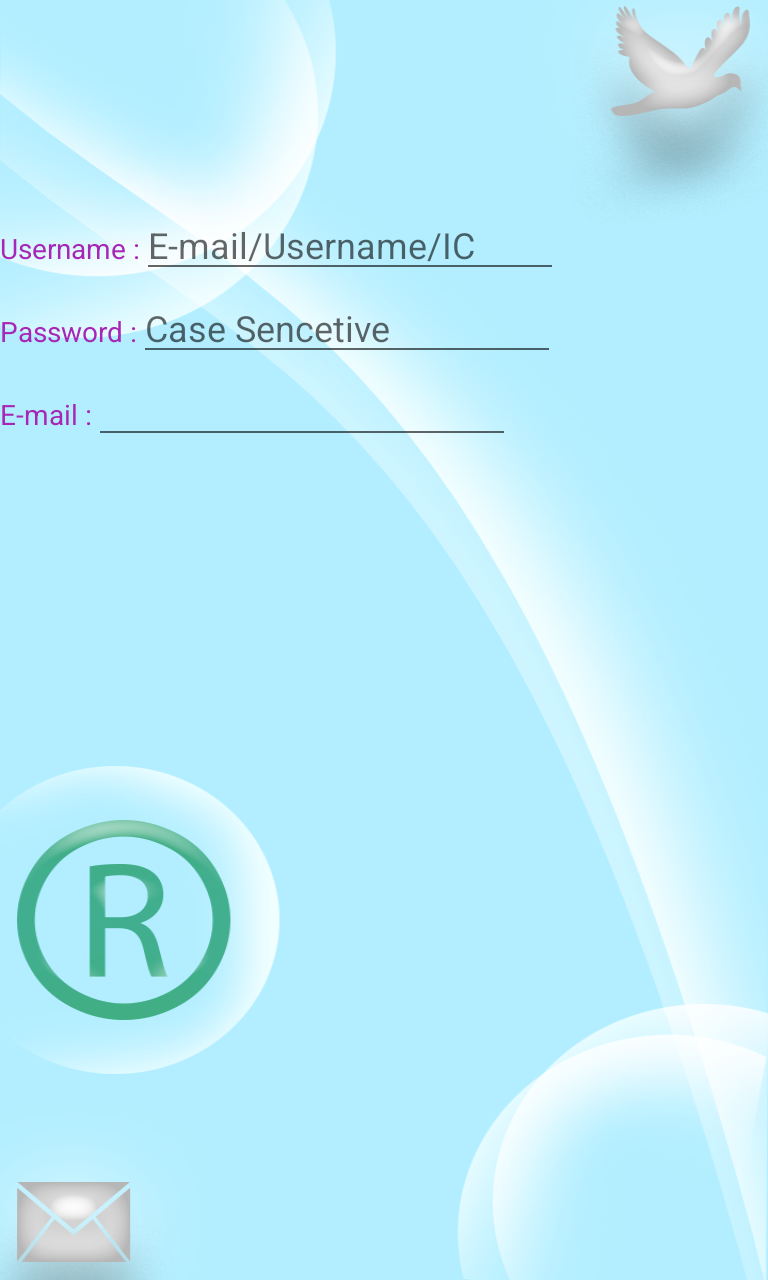
Repository: JodyCoolit/android
Layout: Delivery/res/layout/activity_signup.xml
These files come from the project's save history. The layout is drawn as it stood at one moment and after a run of saves; the edit follows.
It is drawn on a 768 x 1280 px phone screen (xhdpi) without system bars, with theme AppTheme; the app's code is not run.

Above is the layout before, as saved 2014-08-22 02:09:08.

### Delivery/res/layout/activity_signup.xml
<?xml version="1.0" encoding="utf-8"?>
<LinearLayout xmlns:android="http://schemas.android.com/apk/res/android"
    android:layout_width="match_parent"
    android:layout_height="match_parent"
    android:orientation="vertical"
    android:background="@drawable/bg_signup" >
	<LinearLayout
	    android:layout_width="match_parent"
   		android:layout_height="wrap_content"
	    android:orientation="horizontal"
	    android:layout_marginTop="100sp"
	    >
	    <TextView
        android:id="@+id/tv_signup_username"
        android:layout_width="wrap_content"
        android:layout_height="wrap_content"
        android:text="@string/tv_signup_username"
        android:textColor="#A726B5" />
	    <EditText
        android:id="@+id/et_signup_username"
        android:layout_width="wrap_content"
        android:layout_height="wrap_content"
        android:ems="10"
        android:hint="@string/hint_signup_username"
        android:textColor="#26B58F">
    </EditText>
	</LinearLayout>

	<LinearLayout
	    android:layout_width="match_parent"
   		android:layout_height="wrap_content"
	    android:orientation="horizontal"
	    >
		 <TextView
		    android:id="@+id/tv_signup_password"
		    android:layout_width="wrap_content"
		    android:layout_height="wrap_content"
		    android:text="@string/tv_signup_password"
		    android:textColor="#A726B5" />

		<EditText
		    android:id="@+id/et_signup_password"
		    android:layout_width="wrap_content"
		    android:layout_height="wrap_content"
		    android:ems="10"
		    android:inputType="textPassword"
		    android:hint="@string/hint_signup_password"
		    android:textColor="#26B58F" />
	</LinearLayout>
	<LinearLayout
	    android:layout_width="match_parent"
   		android:layout_height="wrap_content"
	    android:orientation="horizontal"
	    >
		 <TextView
		    android:id="@+id/tv_signup_phone"
		    android:layout_width="wrap_content"
		    android:layout_height="wrap_content"
		    android:text="@string/tv_signup_email"
		    android:textColor="#A726B5" />

		<EditText
		    android:id="@+id/et_signup_phone"
		    android:layout_width="wrap_content"
		    android:layout_height="wrap_content"
		    android:ems="10"
		    android:inputType="phone"
		    android:textColor="#26B58F" />
	</LinearLayout>
</LinearLayout>

### Delivery/res/values/strings.xml
<?xml version="1.0" encoding="utf-8"?>
<resources>
    <string name="app_name">Delivery</string>
    <string name="signup">Sign Up</string>

    <!-- LoginActivity -->
    <string name="welcome">Welcome!</string>
	<string name="btn_signin">Sign in</string>
	<string name="btn_signup">Sign up</string>
	<string name="hint_username">Enter your username here</string>
	<string name="hint_password">Enter your password here</string>

	<!--  SignupActivity -->
	<string name="tv_signup_username">Username : </string>
	<string name="tv_signup_password">Password : </string>
	<string name="hint_signup_username">E-mail/Username/IC</string>
	<string name="hint_signup_password">Case Sencetive</string>
	<string name="tv_signup_email">E-mail : </string>
</resources>

Loaded but not shown: Delivery/res/values/styles.xml (common file); Delivery/res/values-v11/styles.xml (common file); Delivery/res/values-v14/styles.xml (common file)

After the next 2 saves:
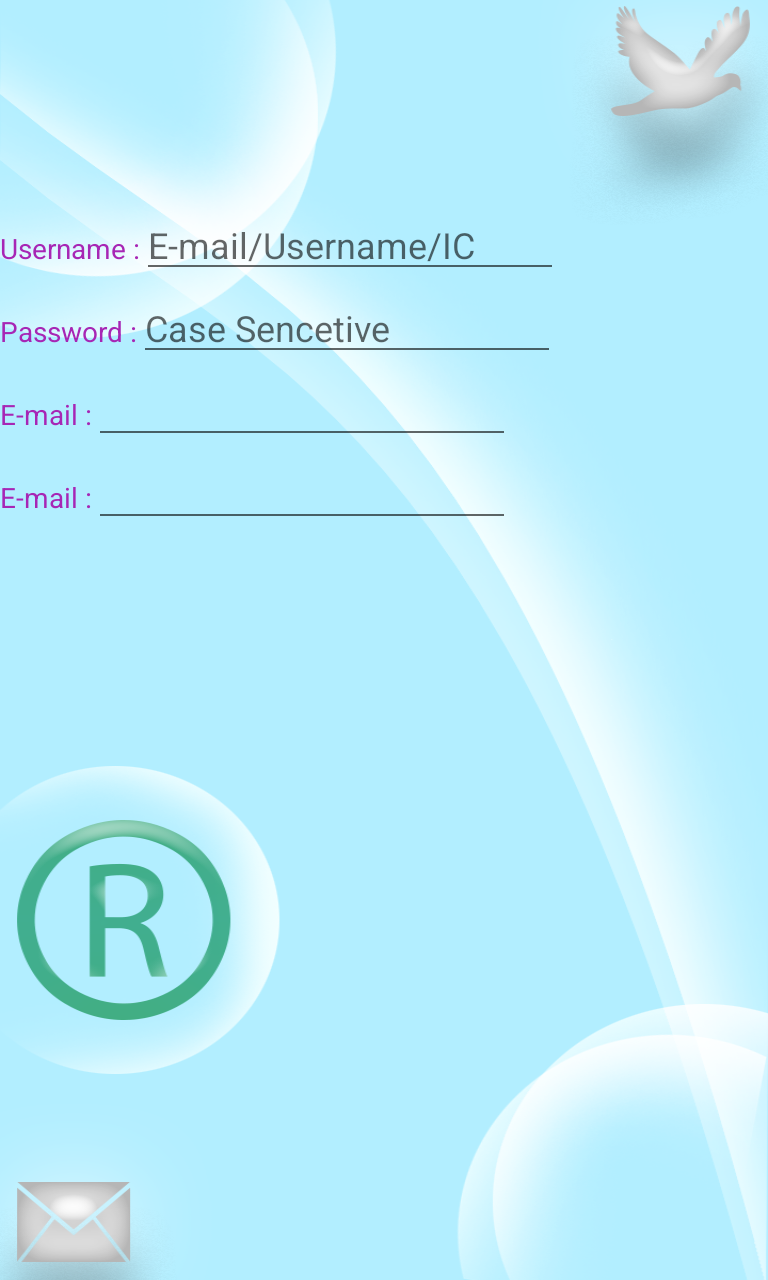
The 2 saves are shown as one change because they came seconds apart.
The last was saved 10 min 34 s later.
--- a/Delivery/res/layout/activity_signup.xml
+++ b/Delivery/res/layout/activity_signup.xml
@@ -67,4 +67,25 @@
 		    android:inputType="phone"
 		    android:textColor="#26B58F" />
 	</LinearLayout>
+
+	<LinearLayout
+	    android:layout_width="match_parent"
+   		android:layout_height="wrap_content"
+	    android:orientation="horizontal"
+	    >
+		 <TextView
+		    android:id="@+id/tv_signup_phone"
+		    android:layout_width="wrap_content"
+		    android:layout_height="wrap_content"
+		    android:text="@string/tv_signup_email"
+		    android:textColor="#A726B5" />
+
+		<EditText
+		    android:id="@+id/et_signup_phone"
+		    android:layout_width="wrap_content"
+		    android:layout_height="wrap_content"
+		    android:ems="10"
+		    android:inputType="phone"
+		    android:textColor="#26B58F" />
+	</LinearLayout>
 </LinearLayout>
